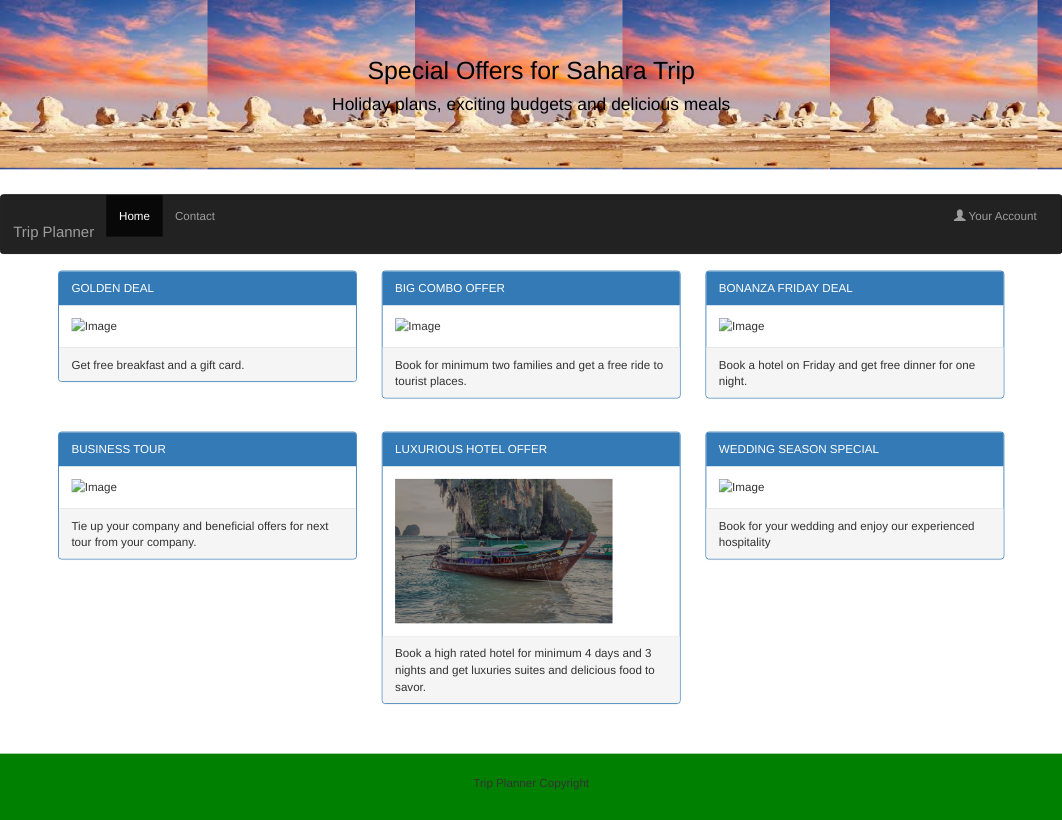
Repository: NanSin21/Mytourism-Website
Page: http://localhost/toursandtravelsmanagement/TripPlaces/CustomerSahara.jsp
The author's editor kept a copy of each file at every save. The page is drawn from the files as they stood at one save, then again after the next save.
The browser window is 1280 px wide. The pictures show the whole page, at 83% of full size.
The page is served by Tomcat 9. Other server files are loaded and not shown.

Above is the page before, as saved 2018-07-27 06:19:28.

### toursandtravelsmanagement/WebContent/TripPlaces/CustomerSahara.jsp
<%@ page language="java" contentType="text/html; charset=ISO-8859-1"
    pageEncoding="ISO-8859-1"%>
<!DOCTYPE html PUBLIC "-//W3C//DTD HTML 4.01 Transitional//EN" "http://www.w3.org/TR/html4/loose.dtd">
<html>
<head>
<meta http-equiv="Content-Type" content="text/html; charset=ISO-8859-1">
<title>Sahara Trip Package</title>
<!-- <meta charset="utf-8"> -->
  <meta name="viewport" content="width=device-width, initial-scale=1">
  <link rel="stylesheet" href="https://maxcdn.bootstrapcdn.com/bootstrap/3.3.7/css/bootstrap.min.css">
  <script src="https://ajax.googleapis.com/ajax/libs/jquery/3.3.1/jquery.min.js"></script>
  <script src="https://maxcdn.bootstrapcdn.com/bootstrap/3.3.7/js/bootstrap.min.js"></script>
  <style>
  .navbar{
  margin-nottom= 50px;
  border-radius= 0;
  }
  .jumbotron{
   margin-bottom= 0;
   }
   footer{
   background: green;
   padding: 25px;
   }
   </style>
</head>
<body>

<div class="jumbotron" style="background-image: url('data:[embedded picture, 8983 characters]'); color: black;">
  <div class="container text-center">
   <h2>Special Offers for Sahara Trip</h2>
     <p>Holiday plans, exciting budgets and delicious meals</p>
  </div>
</div>

<nav class="navbar navbar-inverse">
  <div class="container-fluid">
      <div class="navbar-header">
        <button type="button" class="navbar-toggle" data-toggle="collapse" data-target="#myNavbar">
        <span class="icon-bar"></span>
        <span class="icon-bar"></span>
        <span class="icon-bar"></span>
        </button>
        <h1><a class="navbar-brand" href="CustomerHome.jsp">Trip Planner</a></h1>
      </div>
      <div class="collapse navbar-collapse" id="myNavbar">
      <ul class="nav navbar-nav">
        <li class="active"><a href="TripPlaces/CustomerLondon.jsp">Home</a></li>
       <!--  <li><a href="registration.jsp">Register</a></li>
        <li><a href="login.jsp">Login</a></li> -->
        <li><a href="contact.jsp">Contact</a></li>
      </ul>
      <ul class="nav navbar-nav navbar-right">
        <li><a href="profile.jsp"><span class="glyphicon glyphicon-user"></span> Your Account</a></li>
       <!--  <li><a href="budget.html">Budget Details</a></li> -->
      <!--   <li><a href="#"><span class="glyphicon glyphicon-shopping-cart"></span> Cart</a></li> -->
      </ul>
    </div>
  </div>
</nav>


   <div class="container">
  <div class="row">
    <div class="col-sm-4">
      <div class="panel panel-primary">
        <div class="panel-heading">GOLDEN DEAL</div>
        <div class="panel-body"><img src="" class="img-responsive" style="width:100%" alt="Image"></div>
        <div class="panel-footer">Get free breakfast and a gift card.</div>
      </div>
    </div>
    <div class="col-sm-4">
      <div class="panel panel-primary">
        <div class="panel-heading">BIG COMBO OFFER</div>
        <div class="panel-body"><img src="" class="img-responsive" style="width:95%" alt="Image"></div>
        <div class="panel-footer">Book for minimum two families and get a free ride to tourist places.</div>
      </div>
    </div>
    <div class="col-sm-4">
      <div class="panel panel-primary">
        <div class="panel-heading">BONANZA FRIDAY DEAL</div>
        <div class="panel-body"><img src="" class="img-responsive" style="width:95%" alt="Image"></div>
        <div class="panel-footer">Book a hotel on Friday and get free dinner for one night.</div>
      </div>
    </div>
  </div>
</div><br>

<div class="container">
  <div class="row">
    <div class="col-sm-4">
      <div class="panel panel-primary">
        <div class="panel-heading">BUSINESS TOUR</div>
        <div class="panel-body"><img src="" class="img-responsive" style="width:100%" alt="Image"></div>
        <div class="panel-footer">Tie up your company and beneficial offers for next tour from your company.</div>
      </div>
    </div>
    <div class="col-sm-4">
      <div class="panel panel-primary">
        <div class="panel-heading">LUXURIOUS HOTEL OFFER</div>
        <div class="panel-body"><img src="images/2.jpg" class="img-responsive" style="width:80%" alt="Image"></div>
        <div class="panel-footer">Book a high rated hotel for minimum 4 days and 3 nights and get luxuries suites and delicious food to savor.</div>
      </div>
    </div>
    <div class="col-sm-4">
      <div class="panel panel-primary">
        <div class="panel-heading">WEDDING SEASON SPECIAL</div>
        <div class="panel-body"><img src="" class="img-responsive" style="width:100%" alt="Image"></div>
        <div class="panel-footer">Book for your wedding and enjoy our experienced hospitality</div>
      </div>
    </div>
  </div>
</div><br><br>

<footer class="container-fluid text-center">
  <p>Trip Planner Copyright</p>
 <!--  <form action="LoginServlet" method="post" class="form-inline">Get deals:
    <input type="email" class="form-control" size="50" name="email" placeholder="Email Address">
     <input type="password" placeholder="Enter Password" name="password" required>
    <button type="submit" class="btn btn-danger">Sign Up</button>
  </form> -->
</footer>
</body>
</html>

After the next save:
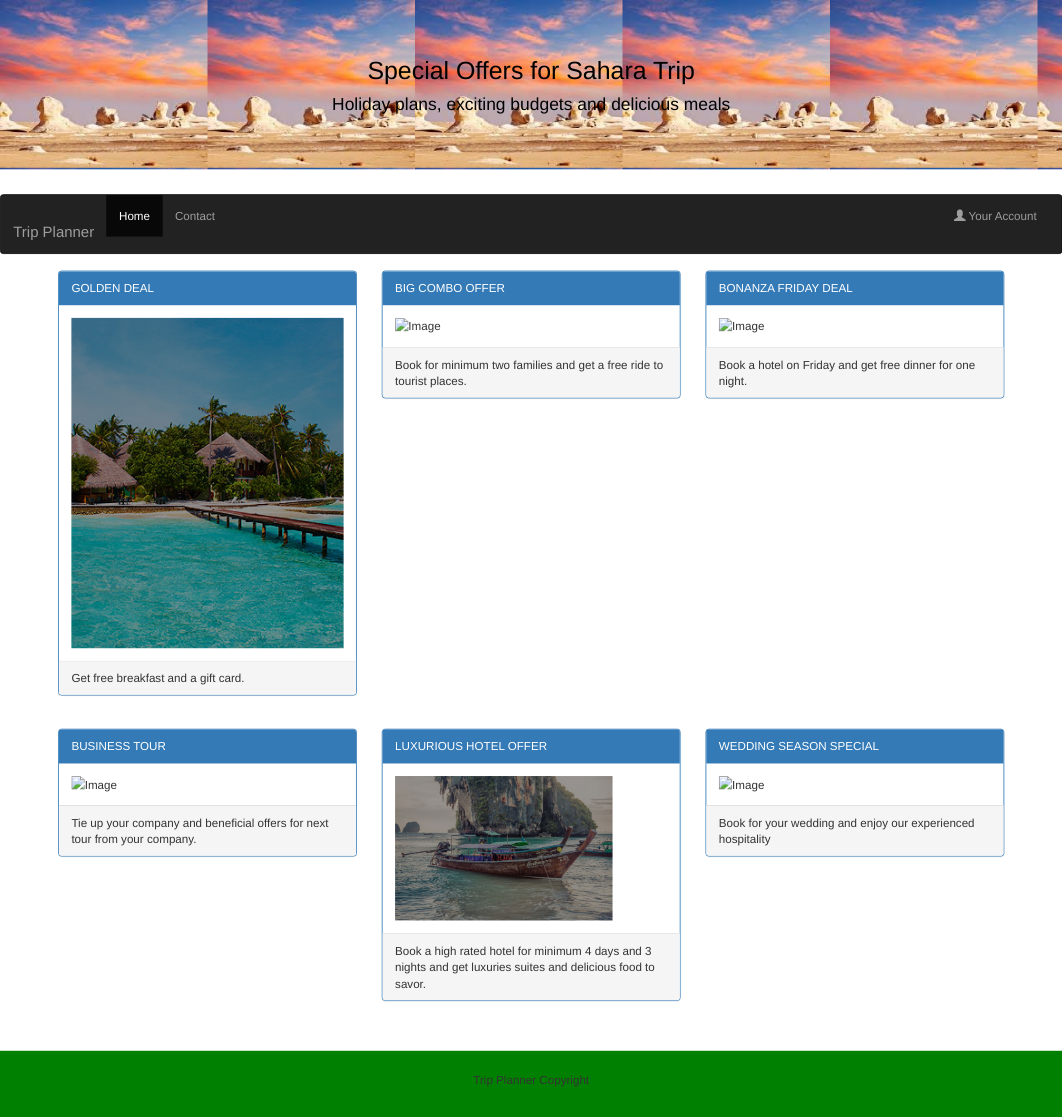
Saved 65 s later.
--- a/toursandtravelsmanagement/WebContent/TripPlaces/CustomerSahara.jsp
+++ b/toursandtravelsmanagement/WebContent/TripPlaces/CustomerSahara.jsp
@@ -65,7 +65,7 @@
     <div class="col-sm-4">
       <div class="panel panel-primary">
         <div class="panel-heading">GOLDEN DEAL</div>
-        <div class="panel-body"><img src="" class="img-responsive" style="width:100%" alt="Image"></div>
+        <div class="panel-body"><img src="images/ban_img2.jpg" class="img-responsive" style="width:100%" alt="Image"></div>
         <div class="panel-footer">Get free breakfast and a gift card.</div>
       </div>
     </div>
